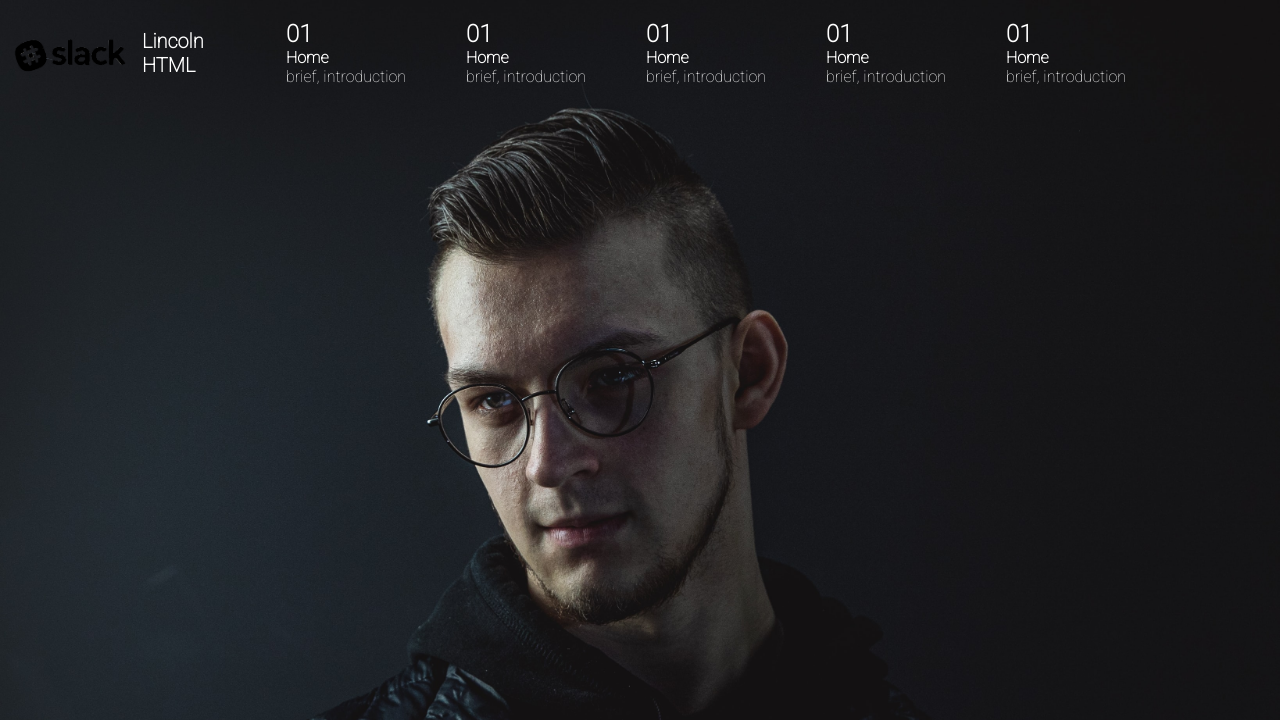
Repository: linco6054/simple-html
Page: index.html
The author's editor kept a copy of each file at every save. The page is drawn from the files as they stood at one save, then again after a run of saves.
The browser window is 1280 px wide. The pictures show the whole page.

Above is the page before, as saved 2021-08-16 15:50:12.

### index.html
<!DOCTYPE html>
<html lang="en">
  <head>
    <meta charset="UTF-8" />
    <meta http-equiv="X-UA-Compatible" content="IE=edge" />
    <link rel="preconnect" href="https://fonts.googleapis.com">
<link rel="preconnect" href="https://fonts.gstatic.com" crossorigin>
<link href="https://fonts.googleapis.com/css2?family=Roboto:wght@100&display=swap" rel="stylesheet">
    <meta name="viewport" content="width=device-width, initial-scale=1.0" />
    <link rel="stylesheet" href="style.css" />
    <title>Lincoln</title>
  </head>
  <body>
    <section class="sec1">
      <nav>
        <div>
          <img src="/images/logo.png" alt="" />
          <span>Lincoln HTML</span>
        </div>

        <ul>
          <li>
            <h2>01</h2>
            <h4>Home</h4>
            <p>brief, introduction</p>
          </li>
          <li>
            <h2>01</h2>
            <h4>Home</h4>
            <p>brief, introduction</p>
          </li>
          <li>
            <h2>01</h2>
            <h4>Home</h4>
            <p>brief, introduction</p>
          </li>
          <li>
            <h2>01</h2>
            <h4>Home</h4>
            <p>brief, introduction</p>
          </li>
          <li>
            <h2>01</h2>
            <h4>Home</h4>
            <p>brief, introduction</p>
          </li>
        </ul>
      </nav>
    </section>
  </body>
</html>

### style.css
* {
  margin: 0;
  padding: 0;
}
body {
  max-width: 100%;
  height: auto;
  overflow: hidden;
  color: #fff;
  font-family: "Roboto", sans-serif;
}
section {
  height: 100vh;
  width: 100%;
  overflow: hidden;
}
/* ================================Sectiion 1================================== */
.sec1 {
  background-image: url("./images/bg.jpg");
  background-size: cover;
  background-repeat: no-repeat;
}
nav {
  display: flex;
  justify-content: space-between;
}
nav > div {
  flex: 1;
  justify-content: left;
  align-items: center;
  display: flex;
}
nav > div > img {
  height: 80px;
}
nav > div > span {
  font-weight: bold;
  font-size: 20px;
}
nav > ul {
  display: flex;
  flex: 4;
}

nav li {
  list-style: none;
  padding: 20px 30px;
}
nav li >

After the next 4 saves:
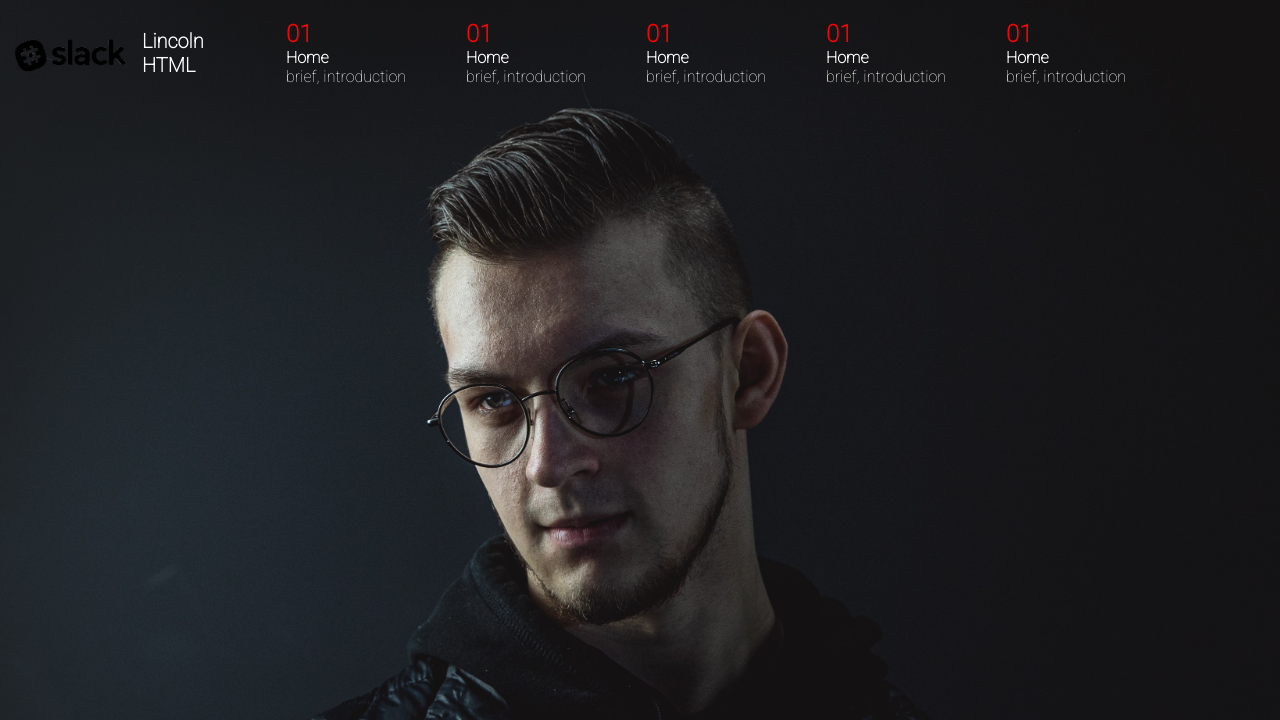
The 4 saves are shown as one change because they came seconds apart.
The last was saved 14 s later.
--- a/style.css
+++ b/style.css
@@ -46,4 +46,6 @@
   list-style: none;
   padding: 20px 30px;
 }
-nav li >
+nav li > h2 {
+  color: red;
+}
